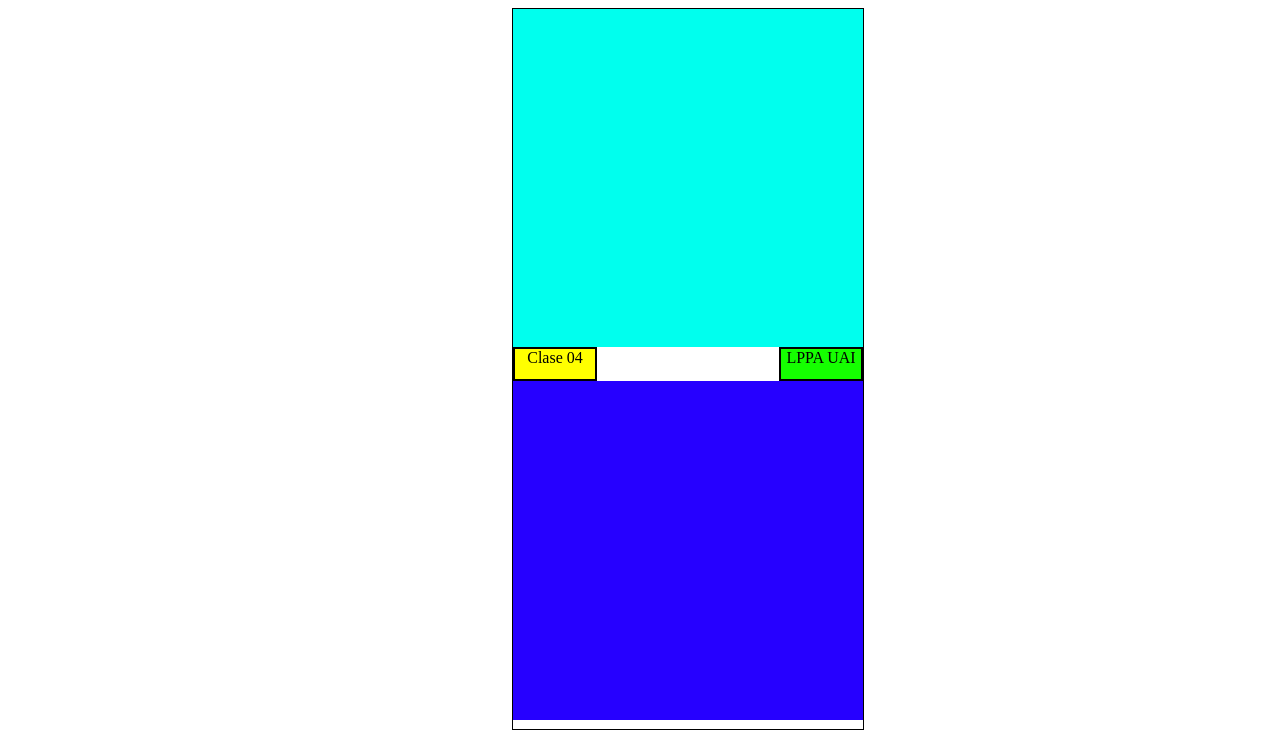
Repository: Divineridh/LPPAChallenges
Page: Trabajos en Clase/ejercicio clase 04-2/index.html
An editor plug-in stored every save of this project. The page is shown before and after the next save, followed by the edit.
The browser window is 1280 px wide. The pictures show the whole page.

Above is the page before, as saved 2022-04-26 21:04:48.

### Trabajos en Clase/ejercicio clase 04-2/index.html
<!DOCTYPE html>
<html lang="en">
<head>
    <meta charset="UTF-8">
    <meta http-equiv="X-UA-Compatible" content="IE=edge">
    <meta name="viewport" content="width=device-width, initial-scale=1.0">
    <link href="/styles.css" rel="stylesheet">
    <title>Document</title>
</head>
<body>
    <div class="container">
        <div class="square1 squares">

        </div>
        <div class="mini1 minis">
            Clase 04
        </div>
        <div class="mini2 minis">
            LPPA UAI
        </div>
        <div class="square2 squares">

        </div>
    </div>
</body>
</html>

### Trabajos en Clase/ejercicio clase 04-2/styles.css
.container {
    width: 350px;
    height: 100%;
    left: 40%;
    position: absolute;
    border: solid black 1px;
}

.square1 {
    background-color: #00ffee;
}

.square2 {
    background-color: #2600ff;
}

.squares {
    display: relative;
    width: 100%;
    height: 47%;
}

.mini1 {
    background-color: #ffff00;
}

.mini2 {
    background-color: #15ff00;
    float: right;
}

.minis {
    display: inline-block;
    border: solid black 2px;
    width: 80px;
    height: 30px;
    text-align: center;
}

After the next save:
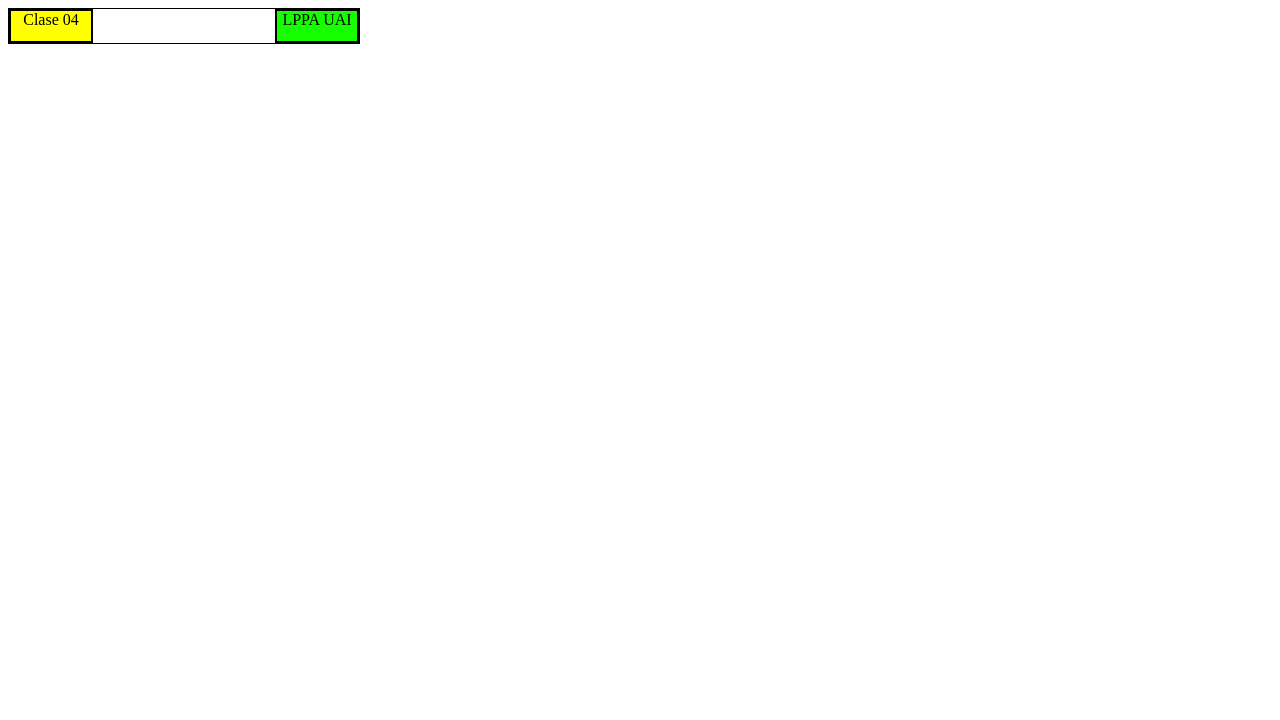
Saved 26 s later.
--- a/Trabajos en Clase/ejercicio clase 04-2/styles.css
+++ b/Trabajos en Clase/ejercicio clase 04-2/styles.css
@@ -2,6 +2,7 @@
     width: 350px;
     height: 100%;
     left: 40%;
+    right: 60%
     position: absolute;
     border: solid black 1px;
 }

After the save that followed:
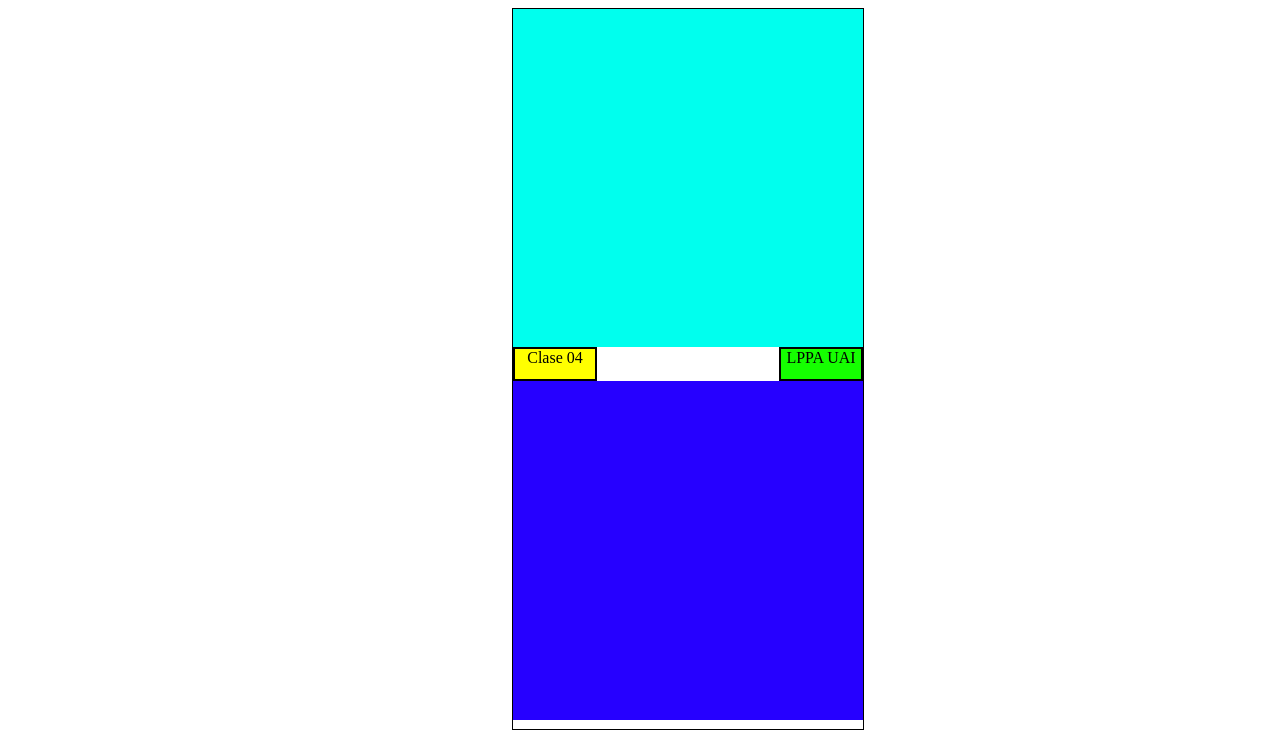
Saved 4 s later.
--- a/Trabajos en Clase/ejercicio clase 04-2/styles.css
+++ b/Trabajos en Clase/ejercicio clase 04-2/styles.css
@@ -2,7 +2,6 @@
     width: 350px;
     height: 100%;
     left: 40%;
-    right: 60%
     position: absolute;
     border: solid black 1px;
 }
